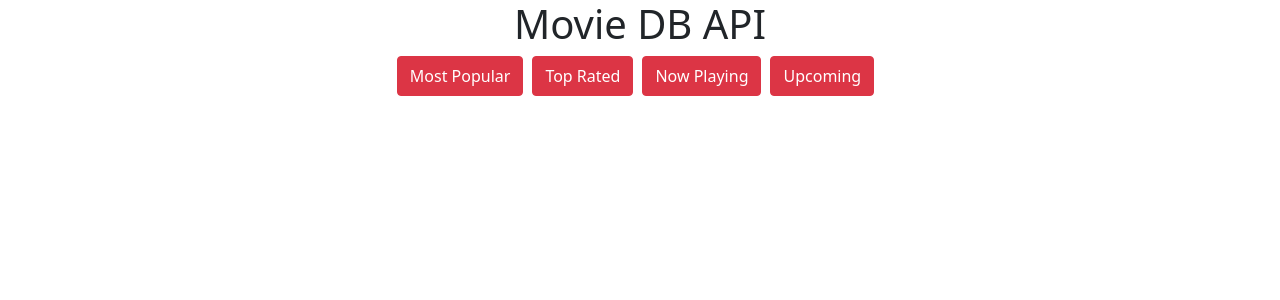
Repository: chaampavictor/moviedbapi
Page: /
The author's editor kept a copy of each file at every save. The page is drawn from the files as they stood at one save, then again after a run of saves.
The browser window is 1280 px wide. The pictures show the whole page.
The page's requests for data from a server got no answer. The project was rebuilt for these pictures with package versions that can differ from the ones it lists, and the page was loaded fresh each time. No one was signed in, and anything a server would have sent is missing.

Above is the page before, as saved 2022-01-13 13:01:02.

After the next 3 saves:
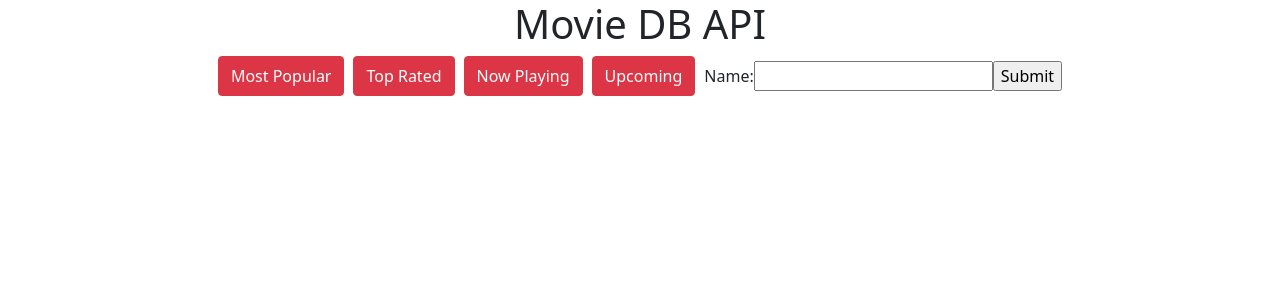
The 3 saves are shown as one change because 2 did not build or start.
The last was saved 34 s later.
--- a/src/App.js
+++ b/src/App.js
@@ -7,6 +7,7 @@ import Container from "react-bootstrap/Container";
 import Row from "react-bootstrap/Row";
 import Col from "react-bootstrap/Col";
 import Button from "react-bootstrap/Button";
+import { Search } from "./search";
 const api_key = "872c70d736d1ef4484522f734137927d";
 const BASE_URL = "https://api.themoviedb.org/3";
 const getImage = (path) => `https://image.tmdb.org/t/p/w300/${path}`;
@@ -118,6 +119,8 @@ function App() {
             {" "}
             Upcoming
           </Button>
+
+          <Search />
         </div>
         <Modal
           dialogClassName="modal-90w"
